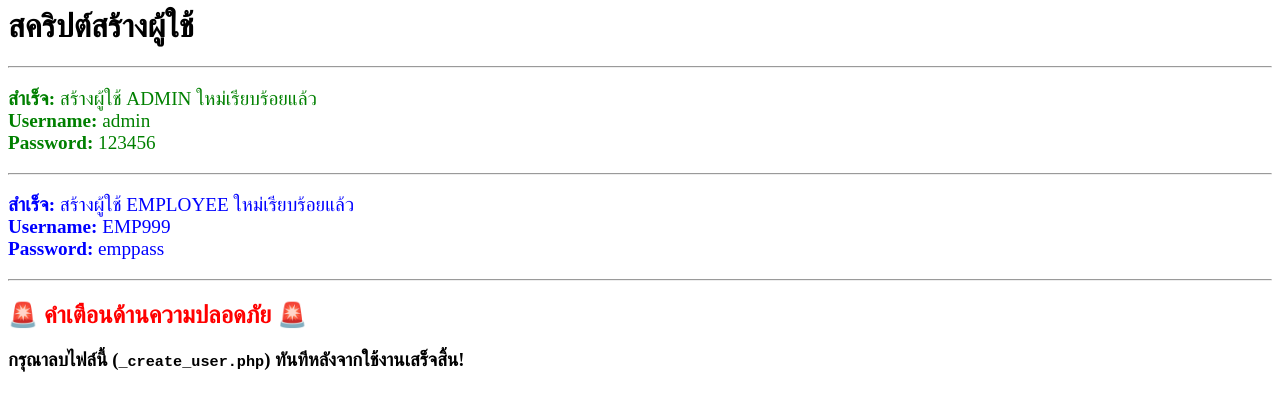
Repository: Jatuphonezyxx007/nice-project
Page: http://localhost/_create_user.php
The author's editor kept a copy of each file at every save. The page is drawn from the files as they stood at one save, then again after a run of saves.
The browser window is 1280 px wide. The pictures show the whole page.
The page is run by PHP 8.4 with error messages shown; the project is at /var/www/html/.

Above is the page before, as saved 2025-11-08 23:56:05.

### _create_user.php
<?php
// _create_user.php
// สคริปต์สำหรับสร้างผู้ใช้ใหม่ (สำหรับทดสอบ)

require_once 'config.php'; // เรียกใช้การตั้งค่าฐานข้อมูล

echo "<h1>สคริปต์สร้างผู้ใช้</h1>";
echo "<hr>";

/*
 * ===========================================
 * สร้างผู้ใช้ ADMIN ใหม่
 * ===========================================
 */
$admin_id = 'admin'; // <--- ตั้งชื่อ username ที่คุณต้องการ
$admin_pass = '123456'; // <--- ตั้งรหัสผ่านที่คุณต้องการ
$admin_email = 'admin@example.com';

// Hashing รหัสผ่าน (สำคัญมาก)
$admin_hash = password_hash($admin_pass, PASSWORD_DEFAULT);

// ใช้ Prepared Statement เพื่อความปลอดภัย
$stmt_admin = $conn->prepare("INSERT INTO users
    (employee_id, password, firstname, lastname, email, schedule_id, role)
    VALUES (?, ?, 'แอดมิน', 'ใหม่', ?, 1, 'admin')");
// เราใช้ schedule_id = 1 (กะปกติ) ที่เราสร้างไว้ใน SQL

$stmt_admin->bind_param("sss", $admin_id, $admin_hash, $admin_email);

if ($stmt_admin->execute()) {
    echo "<p style='color:green; font-size: 1.2rem;'>
        <b>สำเร็จ:</b> สร้างผู้ใช้ ADMIN ใหม่เรียบร้อยแล้ว <br>
        <b>Username:</b> {$admin_id} <br>
        <b>Password:</b> {$admin_pass}
    </p>";
} else {
    echo "<p style='color:red; font-size: 1.2rem;'>
        <b>ผิดพลาด (Admin):</b> " . htmlspecialchars($stmt_admin->error) . "
    </p>";
}
$stmt_admin->close();

echo "<hr>";

/*
 * ===========================================
 * สร้างผู้ใช้ EMPLOYEE ใหม่
 * ===========================================
 */
$emp_id = 'EMP999'; // <--- ตั้งรหัสพนักงาน
$emp_pass = 'emppass'; // <--- ตั้งรหัสผ่าน
$emp_email = 'emp999@example.com';

// Hashing รหัสผ่าน
$emp_hash = password_hash($emp_pass, PASSWORD_DEFAULT);

$stmt_emp = $conn->prepare("INSERT INTO users
    (employee_id, password, firstname, lastname, email, schedule_id, role)
    VALUES (?, ?, 'พนักงาน', 'ใหม่', ?, 1, 'employee')");

$stmt_emp->bind_param("sss", $emp_id, $emp_hash, $emp_email);

if ($stmt_emp->execute()) {
    echo "<p style='color:blue; font-size: 1.2rem;'>
        <b>สำเร็จ:</b> สร้างผู้ใช้ EMPLOYEE ใหม่เรียบร้อยแล้ว <br>
        <b>Username:</b> {$emp_id} <br>
        <b>Password:</b> {$emp_pass}
    </p>";
} else {
    echo "<p style='color:red; font-size: 1.2rem;'>
        <b>ผิดพลาด (Employee):</b> " . htmlspecialchars($stmt_emp->error) . "
    </p>";
}
$stmt_emp->close();
$conn->close();

echo "<hr>";
echo "<h2 style='color:red;'>🚨 คำเตือนด้านความปลอดภัย 🚨</h2>";
echo "<h3 style='font-weight:bold;'>กรุณาลบไฟล์นี้ (<code>_create_user.php</code>) ทันทีหลังจากใช้งานเสร็จสิ้น!</h3>";

?>

### config.php
<?php
// config.php

define('DB_HOST', 'localhost');
define('DB_USER', 'root');
define('DB_PASS', '');
define('DB_NAME', 'attendance_system');

// สร้างการเชื่อมต่อ (MySQLi)
$conn = new mysqli(DB_HOST, DB_USER, DB_PASS, DB_NAME);

// ตรวจสอบการเชื่อมต่อ
if ($conn->connect_error) {
    die("Connection failed: " . $conn->connect_error);
}

// ตั้งค่า Charset เป็น UTF-8
$conn->set_charset("utf8mb4");

// ตั้งค่า Timezone (สำคัญมากสำหรับเวลา)
date_default_timezone_set('Asia/Bangkok');

// เริ่ม Session เสมอเมื่อเรียกใช้ config
if (session_status() == PHP_SESSION_NONE) {
    session_start();
}

// Base URL (แก้ให้ตรงกับ path ของคุณ)
define('BASE_URL', '/nice');
?>

After the next 2 saves:
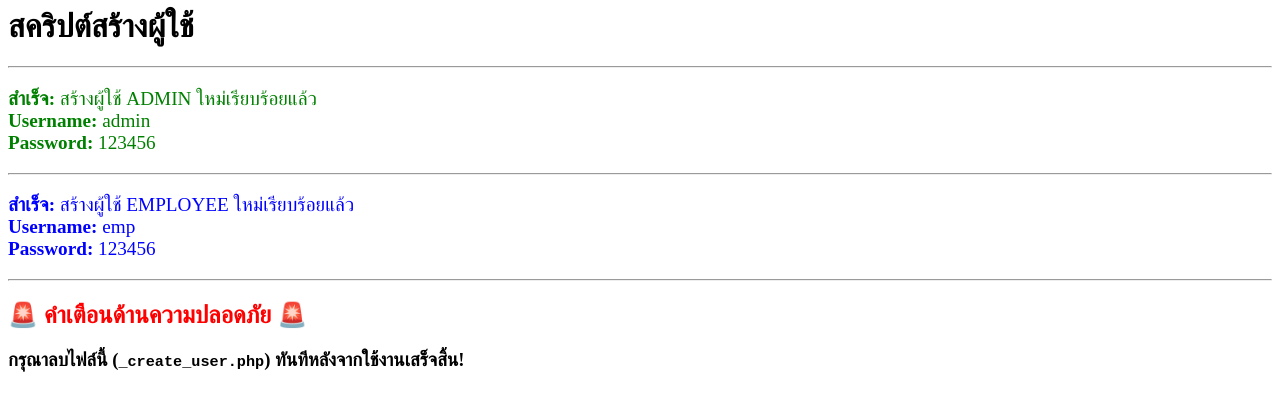
The 2 saves are shown as one change because they came seconds apart.
The last was saved 8 s later.
--- a/_create_user.php
+++ b/_create_user.php
@@ -47,8 +47,8 @@ echo "<hr>";
  * สร้างผู้ใช้ EMPLOYEE ใหม่
  * ===========================================
  */
-$emp_id = 'EMP999'; // <--- ตั้งรหัสพนักงาน
-$emp_pass = 'emppass'; // <--- ตั้งรหัสผ่าน
+$emp_id = 'emp'; // <--- ตั้งรหัสพนักงาน
+$emp_pass = '123456'; // <--- ตั้งรหัสผ่าน
 $emp_email = 'emp999@example.com';
 
 // Hashing รหัสผ่าน
